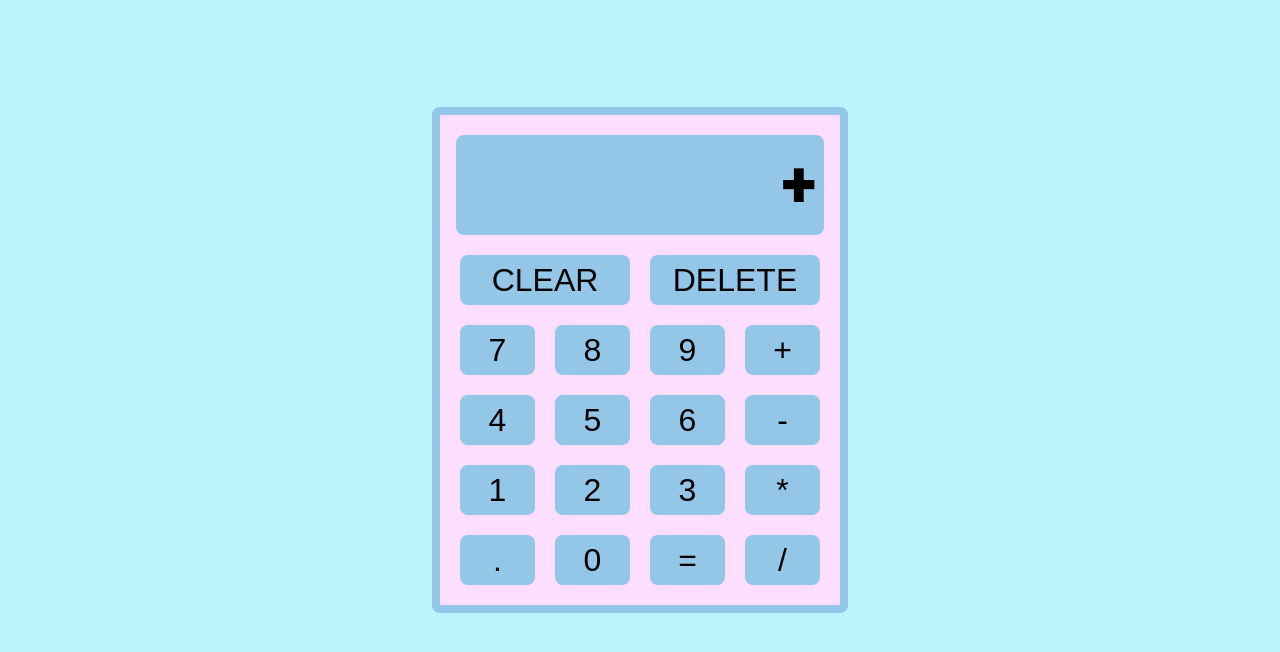
Repository: yeetzpxoci/calculator
Page: index.html
The author's editor kept a copy of each file at every save. The page is drawn from the files as they stood at one save, then again after a run of saves.
The browser window is 1280 px wide. The pictures show the whole page.
After loading, the first visible `button.operator-button` was clicked once.

Above is the page before, as saved 2023-02-04 17:36:03.

### index.html
<!doctype html>
<html lang="en">

<head>
    <meta charset="utf-8">
    <title>Sketch</title>
    <meta name="paint" content="paintings">
    <link rel="stylesheet" href="style.css">
</head>

<body>
    <div class="calculator-container">
        <div id="display" class="display">
            1234
        </div>
        <div class="button-container">
            <button class="clear-button">CLEAR</button>
            <button class="delete-button">DELETE</button>
            <button class="number-button">7</button>
            <button class="number-button">8</button>
            <button class="number-button">9</button>
            <button class="operator-button">+</button>
            <button class="number-button">4</button>
            <button class="number-button">5</button>
            <button class="number-button">6</button>
            <button class="operator-button">-</button>
            <button class="number-button">1</button>
            <button class="number-button">2</button>
            <button class="number-button">3</button>
            <button class="operator-button">*</button>
            <button class="floating-point">.</button>
            <button class="number-button">0</button>
            <button class="equal-button">=</button>
            <button class="operator-button">/</button>
        </div>
    </div>
</body>

<script src="script.js"></script>

</html>

### style.css
html, body {
    background-color: #B9F3FC;
    display: flex;
    min-height: 100%;
    justify-content: center;
    align-items: center;
}

.calculator-container {
    background-color: #FEDEFF;
    height: 490px;
    width: 400px;
    border-radius: 8px;
    border-width: 8px;
    border-style: solid;
    border-color: #93C6E7;
    display: flex;
    flex-direction: column;
    flex-wrap: wrap;
    justify-content: flex-start;
    align-items: center;
}

.display {
    background-color: #93C6E7;
    height: 100px;
    width: 360px;
    border-radius: 8px;
    display: flex;
    justify-content: flex-end;
    align-items: center;
    font-size: 64px;
    font-family: Roboto;
    font-weight: 900;
    padding-right: 8px;
    margin-top: 20px;
}

.button-container {
    display: flex;
    flex-wrap: wrap;
    align-items: center;
    justify-content: space-around;
    gap: 20px;
    margin: 20px;
}

.clear-button, .delete-button {
    font-size: 32px;
    height: 50px;
    width: 170px;
    border-style: dashed;
    border-radius: 8px;
    border-color: #93C6E7;
    background-color: #93C6E7;
}

.number-button, .operator-button, .equal-button, .floating-point {
    height: 50px;
    width: 75px;
    font-size: 32px;
    border-style: dashed;
    border-radius: 8px;
    border-color: #93C6E7;
    background-color: #93C6E7;
}

### script.js
function add(a, b) {
    return a + b
}

function subtract(a, b) {
    return a - b
}

function multiply(a, b) {
    return a * b
}

function divide(a, b) {
    return a / b
}

function operate(operator, a, b) {
    switch (operator) {
        case '+': result = add(a, b); break;
        case '-': result = subtract(a, b); break;
        case '*': result = multiply(a, b); break;
        case '/': result = divide(a, b); break;
    }
    return result;
}

var display_value = "";
var first_value = 0;
var second_value = 0;
var operator_clicked = false;

const display = document.getElementById("display")
display.innerHTML = ""

document.querySelectorAll(".number-button").forEach(function(element) {
    element.addEventListener("click", function () {
        display.innerHTML = display.innerHTML + this.innerHTML;
    })
})

document.querySelectorAll(".operator-button").forEach(function (element) {
    element.addEventListener("click", function () {
        if (!operator_clicked ) {
            display.innerHTML = display.innerHTML + this.innerHTML;
        } else {
            display.innerHTML = display.innerHTML.slice(0, display.innerHTML.length - 1) + this.innerHTML
        }
        operator_clicked = true;
    })
})

document.querySelector(".clear-button").addEventListener("click", function () {
    display.innerHTML = ""
;})

document.querySelector(".delete-button").addEventListener("click", function () {
    display.innerHTML = display.innerHTML.slice(0, -1);
})

After the next 2 saves:
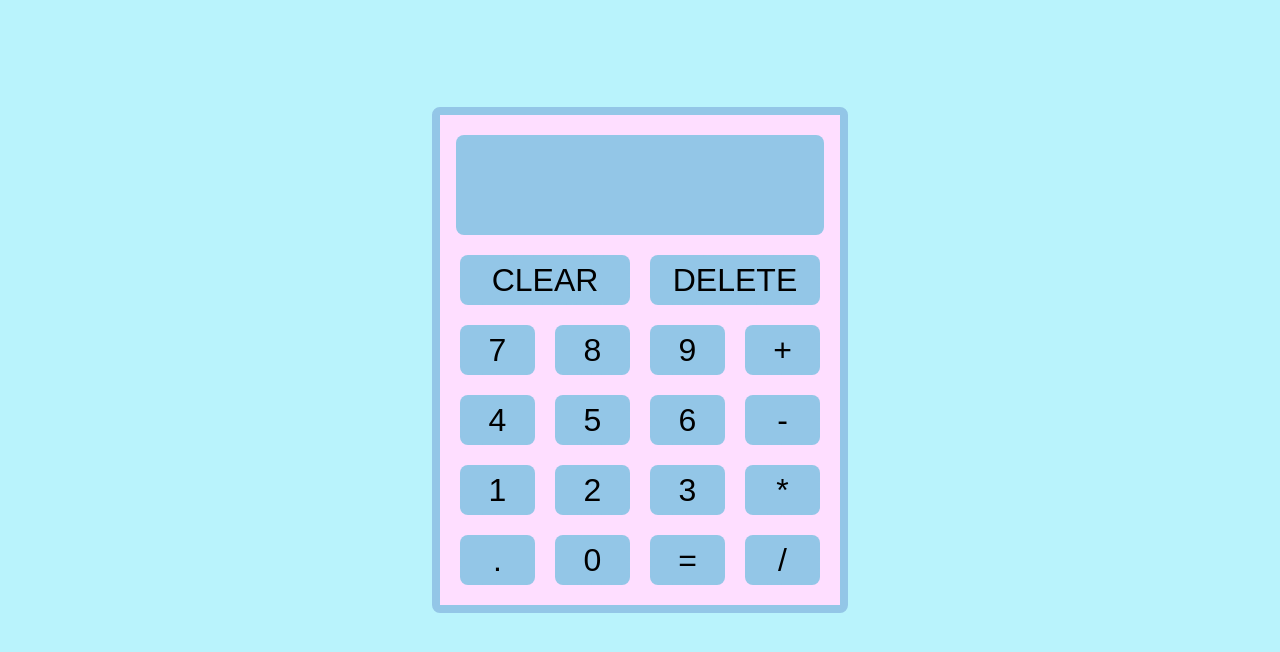
Console error: ReferenceError: operator_clicked is not defined
The 2 saves are shown as one change because they came seconds apart.
The last was saved 3 min 27 s later.
--- a/script.js
+++ b/script.js
@@ -27,7 +27,7 @@
 var display_value = "";
 var first_value = 0;
 var second_value = 0;
-var operator_clicked = false;
+var current_operator = "";
 
 const display = document.getElementById("display")
 display.innerHTML = ""
@@ -40,12 +40,15 @@
 
 document.querySelectorAll(".operator-button").forEach(function (element) {
     element.addEventListener("click", function () {
+        first_value = toString(display.innerHTML);
+        display.innerHTML = "";
+
         if (!operator_clicked ) {
             display.innerHTML = display.innerHTML + this.innerHTML;
         } else {
             display.innerHTML = display.innerHTML.slice(0, display.innerHTML.length - 1) + this.innerHTML
         }
-        operator_clicked = true;
+        current_operator = this.innerHTML;
     })
 })
 
@@ -56,3 +59,10 @@
 document.querySelector(".delete-button").addEventListener("click", function () {
     display.innerHTML = display.innerHTML.slice(0, -1);
 })
+
+document.querySelector(".equal-button").addEventListener("click", function () {
+    if (operator_clicked) {
+        second_value = toString(display.innerHTML);
+        display.innerHTML = operate(current_operator, first_value, second_value);
+    }
+})

After the save that followed:
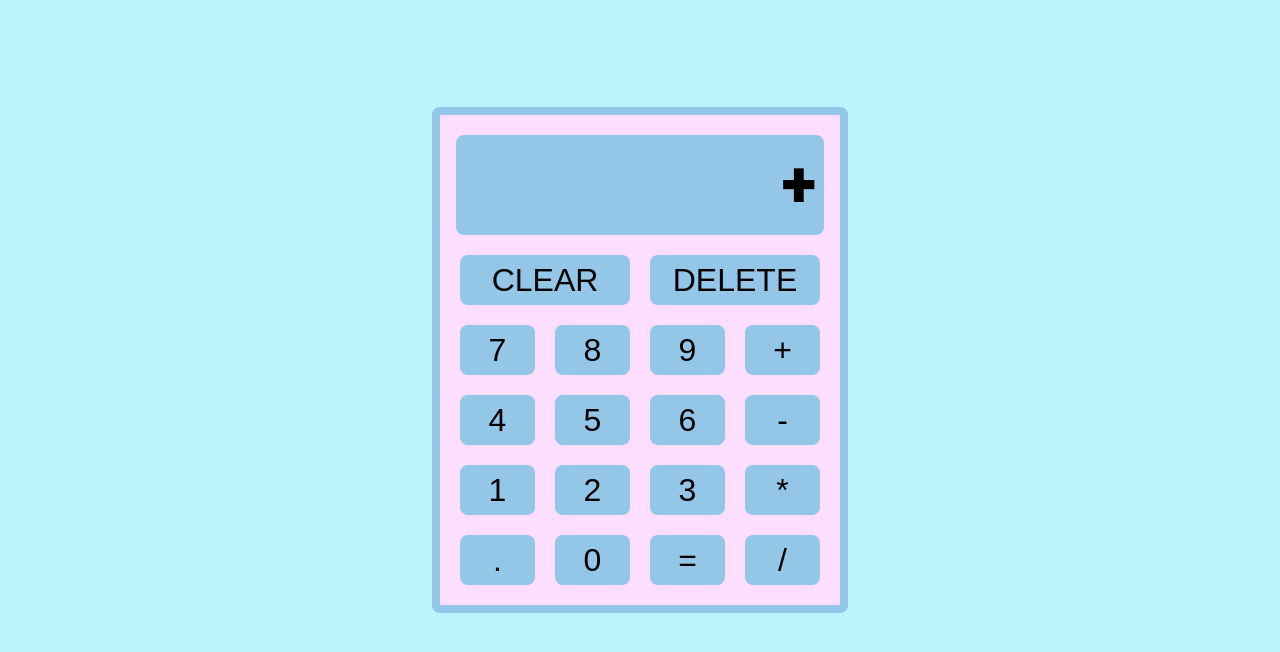
The error is gone.
Saved 22 s later.
--- a/script.js
+++ b/script.js
@@ -43,7 +43,7 @@
         first_value = toString(display.innerHTML);
         display.innerHTML = "";
 
-        if (!operator_clicked ) {
+        if (current_operator == "") {
             display.innerHTML = display.innerHTML + this.innerHTML;
         } else {
             display.innerHTML = display.innerHTML.slice(0, display.innerHTML.length - 1) + this.innerHTML
